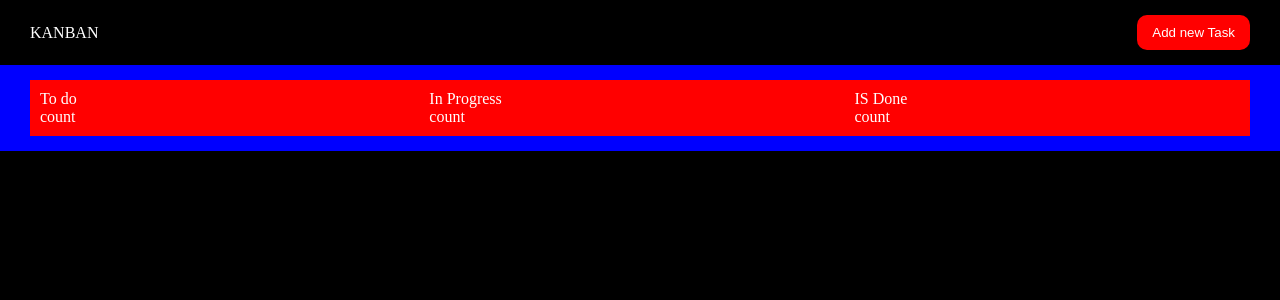
Repository: Sandeepji-5/Kanban-board
Page: index.html
These files come from the project's save history. The page is drawn as it stood at one moment and after the next save; the edit follows.
The browser window is 1280 px wide. The pictures show the whole page.

Above is the page before, as saved 2025-12-08 18:14:05.

### index.html
<!DOCTYPE html>
<html lang="en">
<head>
    <meta charset="UTF-8">
    <meta name="viewport" content="width=device-width, initial-scale=1.0">
    <title>Document</title>
    <link rel="stylesheet" href="style.css">
</head>
<body>
    <main>
        <nav>
            <div class="left">KANBAN</div>
            <div class="right"><button>Add new Task</button></div>
        </nav>
        <section class="board">
            <div class="task-column">
                <div class="hweading">
                    <div class="left">To do </div>
                    <div class="right">count</div>
                </div>
            </div>
            <div class="task-column">
                <div class="heading">
                    <div class="left">In Progress</div>
                    <div class="right">count</div>
                </div>
            </div>
            <div class="task-column">
                <div class="heading">
                    <div class="left">IS Done </div>
                    <div class="right"> count</div>
                </div>
            </div>
        </section>


    </main>
    <script src="kanban.js"></script>
</body>
</html>

### style.css
* {
    margin: 0;
    padding: 0;

    box-sizing: border-box;
}

html,
body {
    width: 100%;
    height: 100%;

}

:root {
    --bg-color: #0000000;
    --bg-button-color: red
    --primary-text-color: #f4f4f4;

    /* padding 1 rem 2 rem */
    --nav-padding: 15px 30px;
    --section-padding: 15px 30px;
    --padding-s: 5px;
    --padding-m: 10px;
    --padding-l: 15px;
    --padding-xl: 20px;
    --padding-xxl: 30px;


    /* border radius variable  */



    --border-radius-s:5px;
    --border-radius-m:10px;
    --border-radius-l:15px;
    --border-radius-xl:20px;
    --border-radius-xxl:30px;


}

body {
    background-color: black;
    color: white;
}
main{
    display: flex;
    height: 100px;
    width: 100%;
    flex-direction: column;

}

nav{
    padding: var(--nav-padding);
    display: flex;
    align-items: center;
    justify-content: space-between;

}
nav button{
    background-color: red;
    color: white;
    border: none;
    outline: none;
    padding: var(  --padding-m) var(  --padding-l);
    cursor: pointer;
    border-radius:var(--border-radius-m) ;

}


section{
    padding:var(--section-padding);
    display: flex;
    justify-content: space-between;
    background-color: blue;

}
section .task-column{
    padding: var(--padding-m);
    background-color: red;
    flex-grow: 1;
}

Loaded but not shown: kanban.js (no copy from this time; the picture is the same without it)

After the next save:
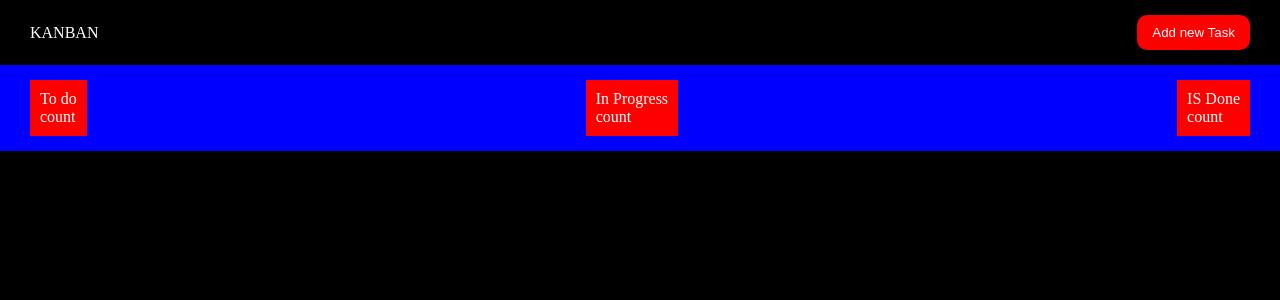
Saved 28 s later.
--- a/style.css
+++ b/style.css
@@ -74,6 +74,7 @@ nav button{
 section{
     padding:var(--section-padding);
     display: flex;
+    flex-grow: 1;
     justify-content: space-between;
     background-color: blue;
 
@@ -81,5 +82,5 @@ section{
 section .task-column{
     padding: var(--padding-m);
     background-color: red;
-    flex-grow: 1;
+
 }
